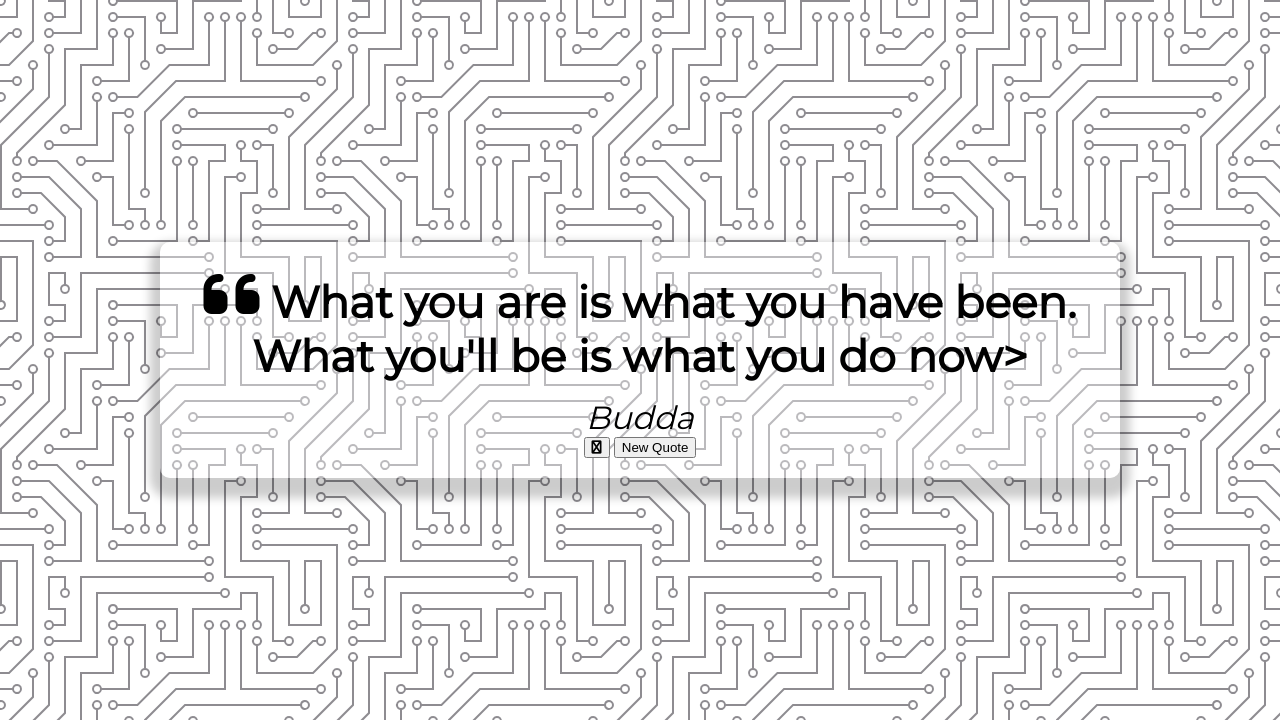
Repository: davidwood3/test-template
Page: .vscode/quote-generator/index.html
An editor plug-in stored every save of this project. The page is shown before and after the next save, followed by the edit.
The browser window is 1280 px wide. The pictures show the whole page.
Some web libraries are served in a nearby version.

Above is the page before, as saved 2023-07-26 10:10:36.

After the next save:
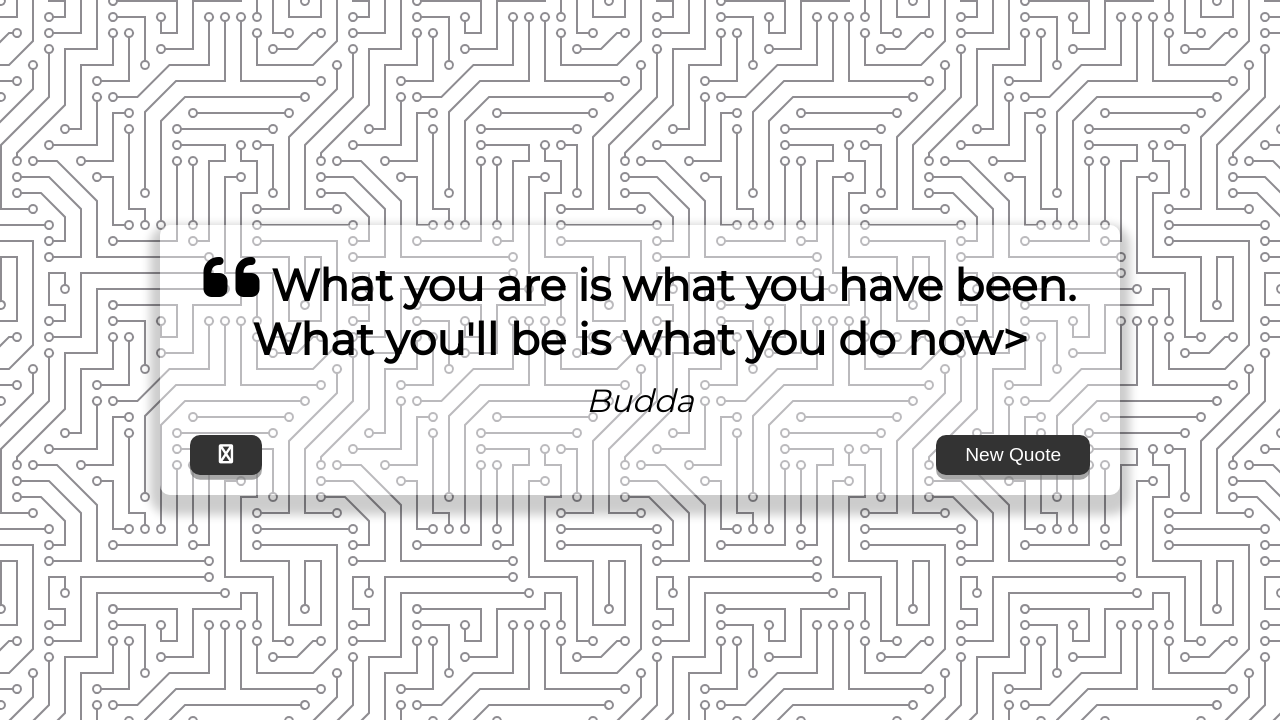
Saved 12 min 49 s later.
--- a/.vscode/quote-generator/style.css
+++ b/.vscode/quote-generator/style.css
@@ -46,6 +46,29 @@ body {
     font-style: italic;
 }
 
+.button-container {
+    margin-top: 15px;
+    display: flex;
+    justify-content: space-between;
+}
+
+button {
+    cursor: pointer;
+    font-size: 1.2rem;
+    height: 2.5rem;
+    border: none;
+    border-radius: 10px;
+    color: #fff;
+    background: #333;
+    outline: none;
+    padding: 0.5rem 1.8rem;
+    box-shadow: 0 0.3rem rgba(121,121,121,0.65);
+}
+
+button:hover {
+    filter: brightness(130%);
+}
+
 /* Media Query: Tablet or smaller */
 @media screen and (max-width: 1000px) {
     .quote-container {
